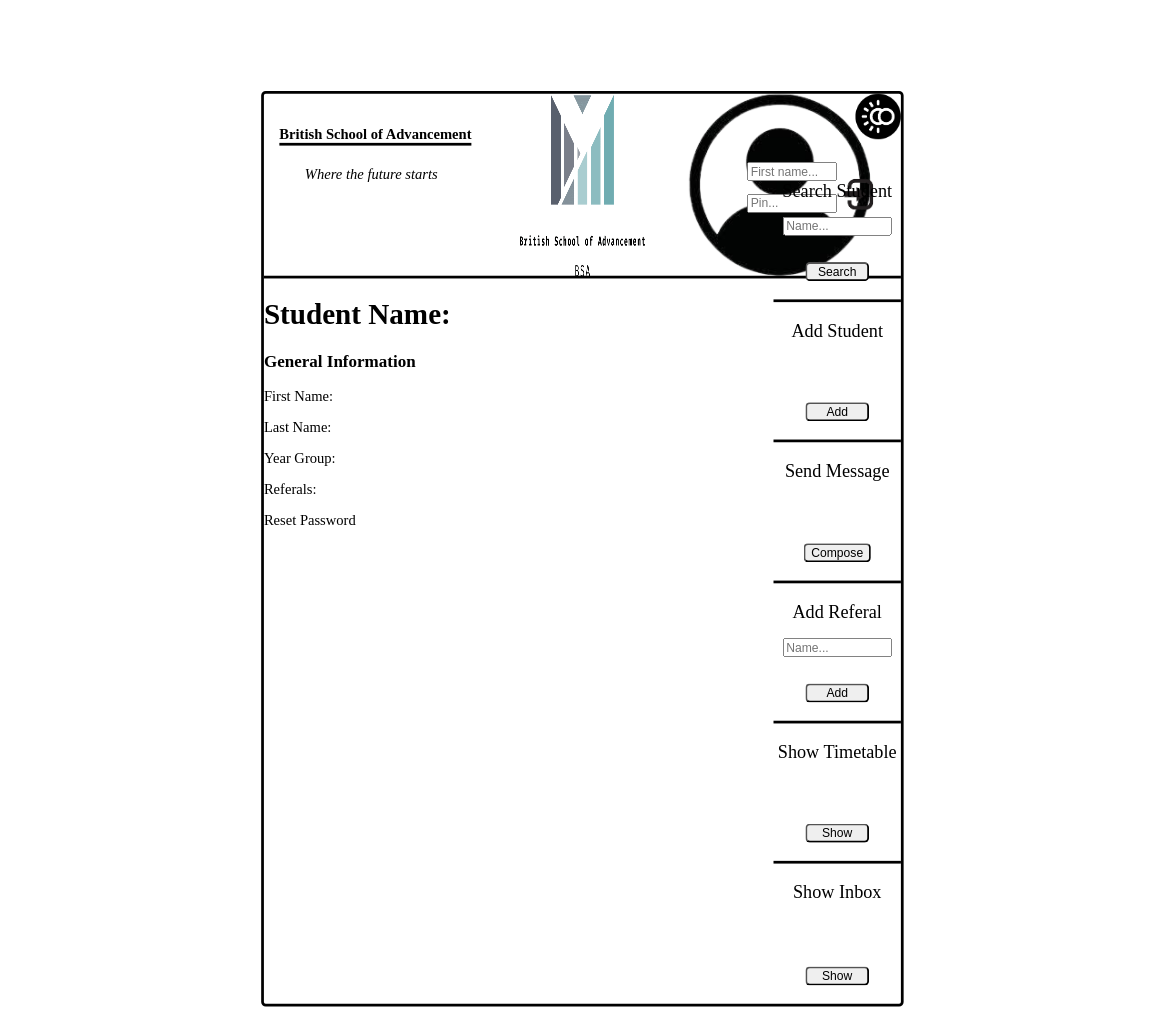
Repository: ghend99/Guardian-Application
Page: index.html
These files come from the project's save history. The page is drawn as it stood at one moment and after the next save; the edit follows.
The browser window is 1280 px wide. The pictures show the whole page, at 91% of full size.

Above is the page before, as saved 2023-06-05 20:55:41.

After the next save:
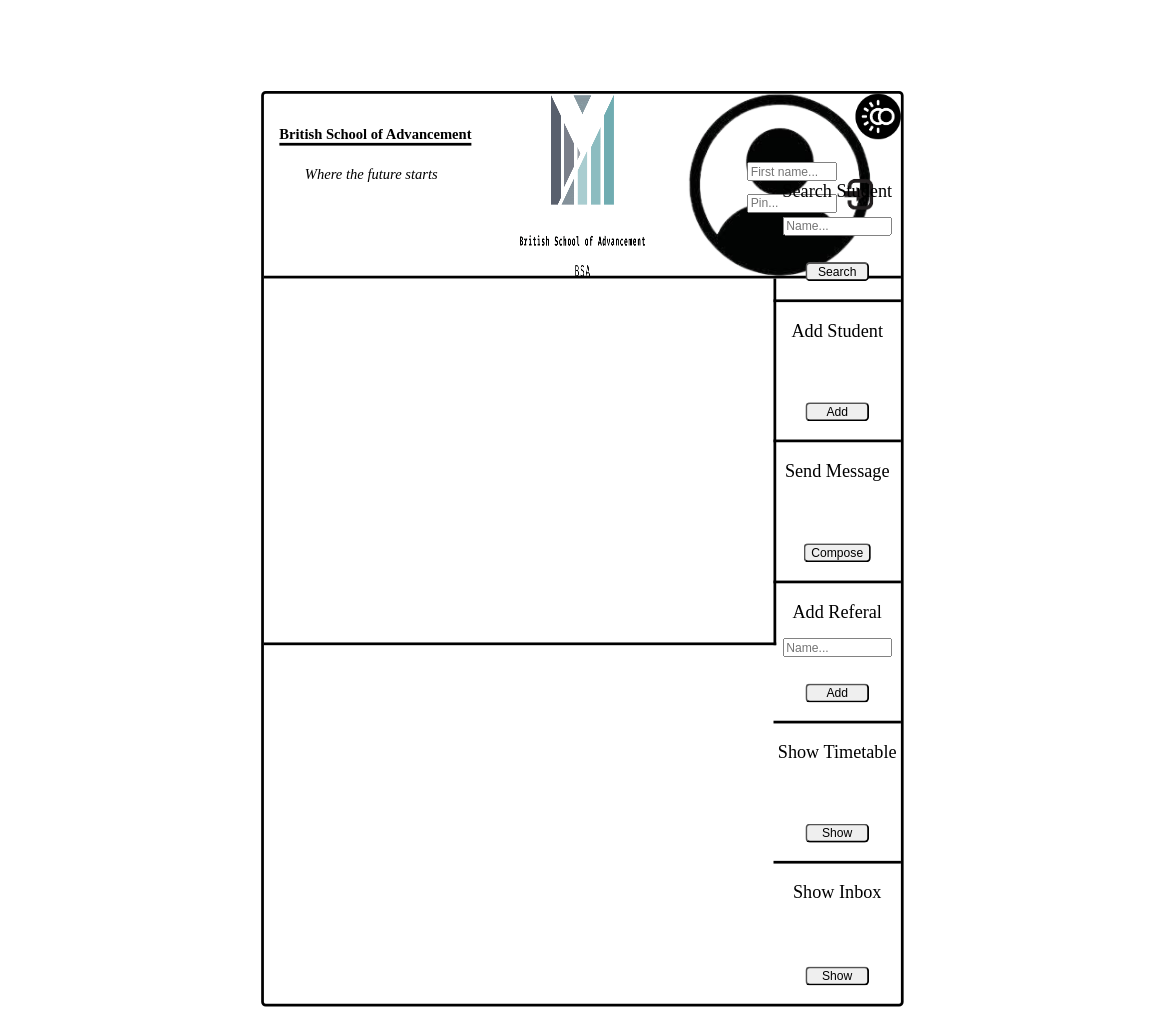
Saved 34 s later.
--- a/style.css
+++ b/style.css
@@ -131,3 +131,39 @@
   top: 155px;
   display: none;
 }
+
+#student-information-container {
+  max-height: 800px;
+  min-height: 400px;
+  max-width: 80%;
+  min-width: 50%;
+  border-bottom: solid;
+  border-right: solid;
+}
+
+#student-information-name-header {
+  font-size: 30px;
+  font-weight: bold;
+  border-bottom: solid;
+  width: fit-content;
+  margin-left: 30px;
+  margin-top: 0;
+}
+
+.student-information {
+  margin-left: 40px;
+  display: none;
+}
+
+.student-information-general-header {
+  font-size: 24px;
+  font-weight: bold;
+  padding-left: 40px;
+}
+
+#password-reset {
+  border-bottom: solid;
+  font-weight: bold;
+  width: fit-content;
+  cursor: pointer;
+}
